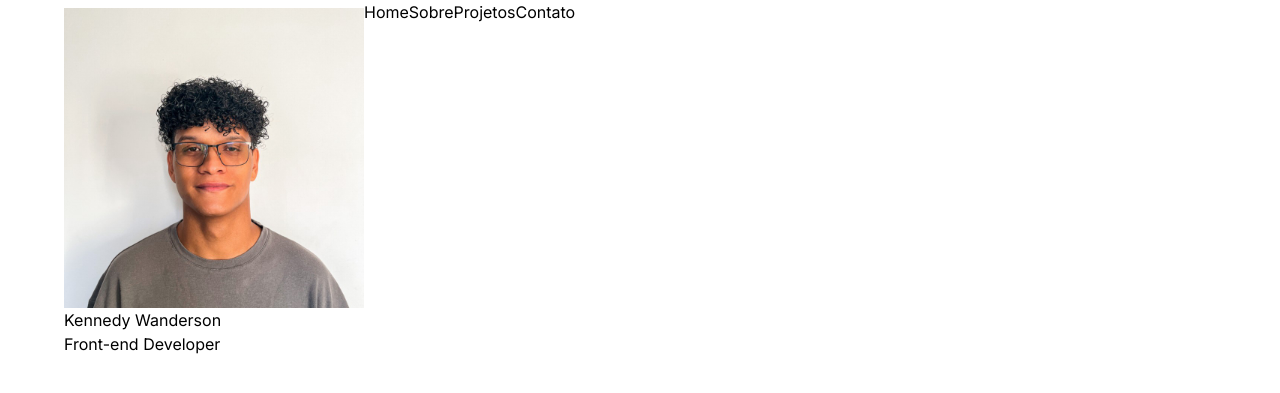
Repository: KennedyWanderson/landing
Page: /
An editor plug-in stored every save of this project. The page is shown before and after a run of saves, followed by the edit.
The browser window is 1280 px wide. The pictures show the whole page.
The project was rebuilt for these pictures with package versions that can differ from the ones it lists, and the page was loaded fresh each time. The framework's server and built-in components were replaced by stand-ins that run in the browser. Also part of the build but not shown: next.config.js.

Above is the page before, as saved 2024-01-03 15:43:03.

### src/app/page.tsx
import Content from "@/Components/Content";
import Header from "@/Components/Header";

export default function Home() {
  return (
    <div>
      <Content />
    </div>
  )
}

### src/Components/Content.tsx
import { Container, Grid } from "@mui/material";
import Header from "./Header";
import Image from "next/image";

export default function Content(){
    return(
        <Container>
            <Header />

            <Grid container spacing={2}>

            </Grid>

            <div className="flex flex-col items-center p-5 shadow-md rounded-xl bg-gray-100">
                <div className="flex items-center tracking-wider space-x-6 ">
                    <Image className="rounded-full" src="/me.jpeg" alt="" width={300} height={300} />
                    <span className="italic font-bold text-2xl">Kennedy Wanderson <br></br> Front-end Developer</span>
                </div>
            </div>

        </Container>
    )
}

### src/Components/Header.tsx
import { Container } from "@mui/material";

export default function Header(){
    return(

        <Container maxWidth="sm">
            <div className="flex flex-col items-center m-5">
                <ul className="tracking-wider space-x-6">
                    <a href="#">
                        <span>Home</span>
                    </a>
                    <a href="#">
                        <span>Sobre</span>
                    </a>
                    <a href="#">
                        <span>Projetos</span>
                    </a>
                    <a href="#">
                        <span>Contato</span>
                    </a>
                </ul>
            </div>
        </Container>
    )
}

Loaded but not shown: src/app/layout.tsx (common file); src/app/globals.css (common file); tailwind.config.ts (common file)

After the next 2 saves:
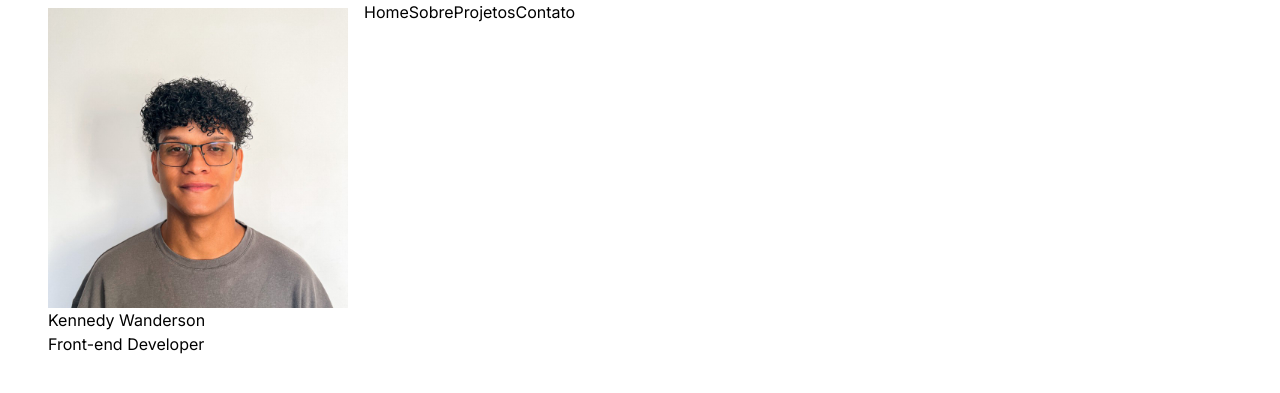
The 2 saves are shown as one change because they came seconds apart.
The last was saved 11 s later.
--- a/src/Components/Content.tsx
+++ b/src/Components/Content.tsx
@@ -8,15 +8,14 @@ export default function Content(){
             <Header />
 
             <Grid container spacing={2}>
-
+                <div className="flex flex-col items-center p-5 shadow-md rounded-xl bg-gray-100">
+                    <div className="flex items-center tracking-wider space-x-6 ">
+                        <Image className="rounded-full" src="/me.jpeg" alt="" width={300} height={300} />
+                        <span className="italic font-bold text-2xl">Kennedy Wanderson <br></br> Front-end Developer</span>
+                    </div>
+                </div>
             </Grid>
 
-            <div className="flex flex-col items-center p-5 shadow-md rounded-xl bg-gray-100">
-                <div className="flex items-center tracking-wider space-x-6 ">
-                    <Image className="rounded-full" src="/me.jpeg" alt="" width={300} height={300} />
-                    <span className="italic font-bold text-2xl">Kennedy Wanderson <br></br> Front-end Developer</span>
-                </div>
-            </div>
 
         </Container>
     )
